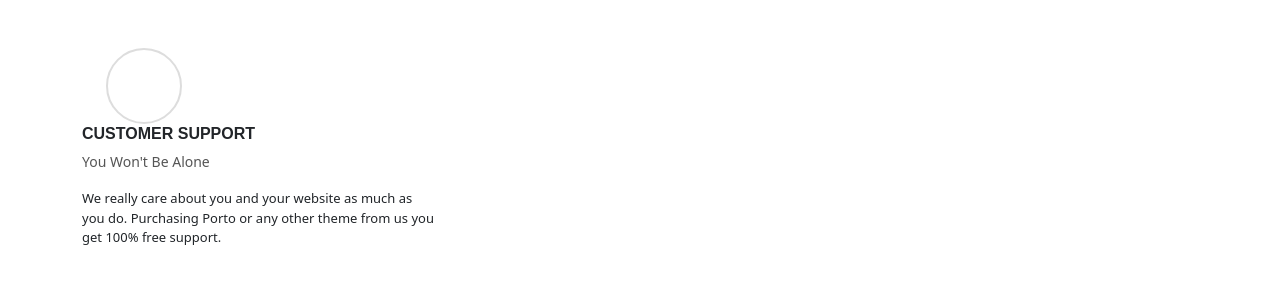
Repository: NguyenDo13/BE2-NhomH
Page: module-9/index/index.html
An editor plug-in stored every save of this project. The page is shown before and after the next save, followed by the edit.
The browser window is 1280 px wide. The pictures show the whole page.

Above is the page before, as saved 2022-05-15 11:31:50.

### module-9/index/index.html
<!DOCTYPE html>
<html lang="en">

<head>
    <meta charset="UTF-8" />
    <meta http-equiv="X-UA-Compatible" content="IE=edge" />
    <meta name="viewport" content="width=device-width, initial-scale=1.0" />
    <link rel="stylesheet" href="public/css/style.css" />
    <link rel="stylesheet" href="public/css/bootstrap.min.css" />
    <link rel="stylesheet" href="https://cdnjs.cloudflare.com/ajax/libs/font-awesome/5.15.3/css/all.min.css" />
    <title>Document</title>
</head>

<body>
    <div class="pt-5 pb-4">
        <!-- chia hàng -->
        <div class="container">
            <div class="row">
                <!-- chia cột -->
                <div class="vc_column_container col-md-4">
                    <div class="portoContainer vc_column-inner">
                        <div class="portoTop px-4 style_1 top-icon">
                            <div class="porto-siscon-top">
                                <div class="portoTopicon" style="text-align: center;">
                                    <div class="porto-icon advanced">

                                    </div>
                                    <i class="Simple-Line-Icons-earphones-alt"> </i>
                                </div>
                            </div>
                        </div>
                        <div class="portoheader">
                            <h3 class="porto-sicon-title" style="font-weight: 700; font-size: 16px;">CUSTOMER SUPPORT</h3>
                            <p style="font-weight: 500; font-size: 14px; line-height: 22px; color: #555555;">You Won't Be Alone</p>
                        </div>
                        <div class="portodescription" style="font-size: 13px">
                            We really care about you and your website as much as you do. Purchasing Porto or any other theme from us you get 100% free support.
                        </div>
                    </div>
                </div>
            </div>
        </div>
    </div>
</body>

</html>

### module-9/index/public/css/style.css
body {
    font-size: 13px;
    line-height: 22px;
    font-family: 'Open Sans', sans-serif;
    background: #fff;
}

.portoTotal {}

.container {}

.row {
    display: flex;
    flex-wrap: wrap;
}

.vc_column_container {}

.portoContainer {}

.portotop {}

.portoTopicon {}

.porto-icon {
    color: #0088cc;
    background: transparent;
    border-style: solid;
    border-color: #dddddd;
    border-width: 2px;
    width: 76px;
    height: 76px;
    line-height: 76px;
    border-radius: 40px;
    font-size: 40px;
}

.portoheader {}

.portodescription {}

.porto-siscon-top {}

h3 {
    font-family: Poppins, sans-serif;
    font-weight: 700;
    font-size: 14px;
    line-height: 32px;
    color: #222529;
    margin: 0 0 20px 0;
}

Loaded but not shown: module-9/index/public/css/bootstrap.min.css (library)

After the next save:
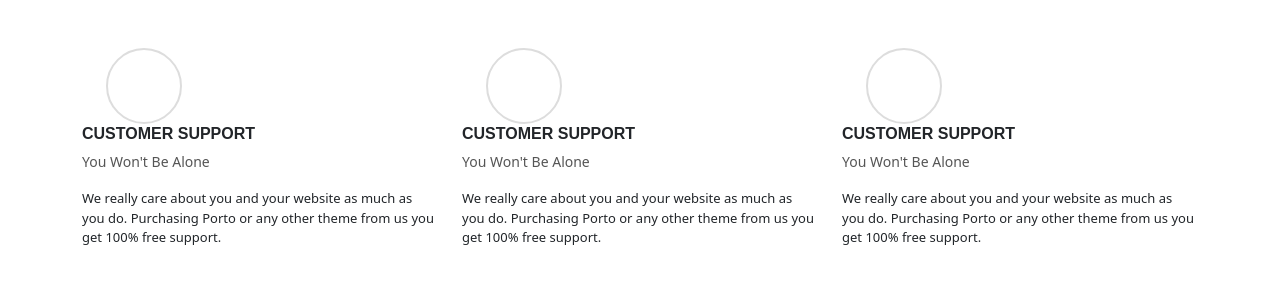
Saved 3 min 48 s later.
--- a/module-9/index/index.html
+++ b/module-9/index/index.html
@@ -38,6 +38,48 @@
                         </div>
                     </div>
                 </div>
+                <div class="vc_column_container col-md-4">
+                    <div class="portoContainer vc_column-inner">
+                        <div class="portoTop px-4 style_1 top-icon">
+                            <div class="porto-siscon-top">
+                                <div class="portoTopicon" style="text-align: center;">
+                                    <div class="porto-icon advanced">
+
+                                    </div>
+                                    <i class="Simple-Line-Icons-earphones-alt"> </i>
+                                </div>
+                            </div>
+                        </div>
+                        <div class="portoheader">
+                            <h3 class="porto-sicon-title" style="font-weight: 700; font-size: 16px;">CUSTOMER SUPPORT</h3>
+                            <p style="font-weight: 500; font-size: 14px; line-height: 22px; color: #555555;">You Won't Be Alone</p>
+                        </div>
+                        <div class="portodescription" style="font-size: 13px">
+                            We really care about you and your website as much as you do. Purchasing Porto or any other theme from us you get 100% free support.
+                        </div>
+                    </div>
+                </div>
+                <div class="vc_column_container col-md-4">
+                    <div class="portoContainer vc_column-inner">
+                        <div class="portoTop px-4 style_1 top-icon">
+                            <div class="porto-siscon-top">
+                                <div class="portoTopicon" style="text-align: center;">
+                                    <div class="porto-icon advanced">
+
+                                    </div>
+                                    <i class="Simple-Line-Icons-earphones-alt"> </i>
+                                </div>
+                            </div>
+                        </div>
+                        <div class="portoheader">
+                            <h3 class="porto-sicon-title" style="font-weight: 700; font-size: 16px;">CUSTOMER SUPPORT</h3>
+                            <p style="font-weight: 500; font-size: 14px; line-height: 22px; color: #555555;">You Won't Be Alone</p>
+                        </div>
+                        <div class="portodescription" style="font-size: 13px">
+                            We really care about you and your website as much as you do. Purchasing Porto or any other theme from us you get 100% free support.
+                        </div>
+                    </div>
+                </div>
             </div>
         </div>
     </div>

After the 2 saves that followed:
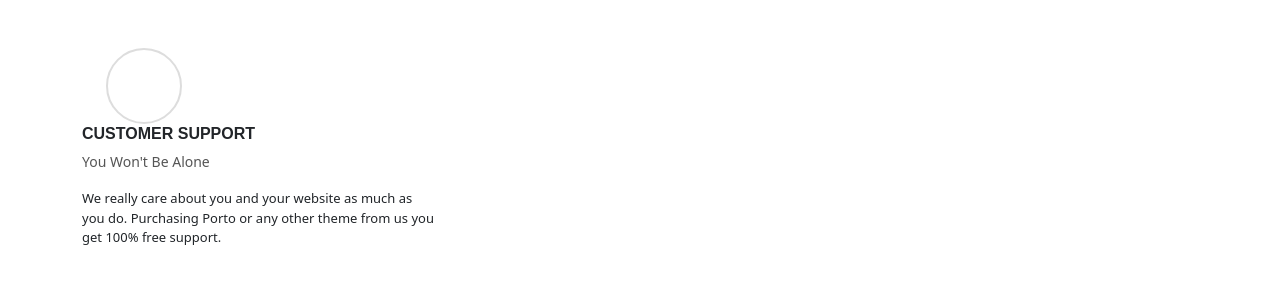
The 2 saves are shown as one change because they came seconds apart.
The last was saved 13 s later.
--- a/module-9/index/index.html
+++ b/module-9/index/index.html
@@ -38,48 +38,6 @@
                         </div>
                     </div>
                 </div>
-                <div class="vc_column_container col-md-4">
-                    <div class="portoContainer vc_column-inner">
-                        <div class="portoTop px-4 style_1 top-icon">
-                            <div class="porto-siscon-top">
-                                <div class="portoTopicon" style="text-align: center;">
-                                    <div class="porto-icon advanced">
-
-                                    </div>
-                                    <i class="Simple-Line-Icons-earphones-alt"> </i>
-                                </div>
-                            </div>
-                        </div>
-                        <div class="portoheader">
-                            <h3 class="porto-sicon-title" style="font-weight: 700; font-size: 16px;">CUSTOMER SUPPORT</h3>
-                            <p style="font-weight: 500; font-size: 14px; line-height: 22px; color: #555555;">You Won't Be Alone</p>
-                        </div>
-                        <div class="portodescription" style="font-size: 13px">
-                            We really care about you and your website as much as you do. Purchasing Porto or any other theme from us you get 100% free support.
-                        </div>
-                    </div>
-                </div>
-                <div class="vc_column_container col-md-4">
-                    <div class="portoContainer vc_column-inner">
-                        <div class="portoTop px-4 style_1 top-icon">
-                            <div class="porto-siscon-top">
-                                <div class="portoTopicon" style="text-align: center;">
-                                    <div class="porto-icon advanced">
-
-                                    </div>
-                                    <i class="Simple-Line-Icons-earphones-alt"> </i>
-                                </div>
-                            </div>
-                        </div>
-                        <div class="portoheader">
-                            <h3 class="porto-sicon-title" style="font-weight: 700; font-size: 16px;">CUSTOMER SUPPORT</h3>
-                            <p style="font-weight: 500; font-size: 14px; line-height: 22px; color: #555555;">You Won't Be Alone</p>
-                        </div>
-                        <div class="portodescription" style="font-size: 13px">
-                            We really care about you and your website as much as you do. Purchasing Porto or any other theme from us you get 100% free support.
-                        </div>
-                    </div>
-                </div>
             </div>
         </div>
     </div>
